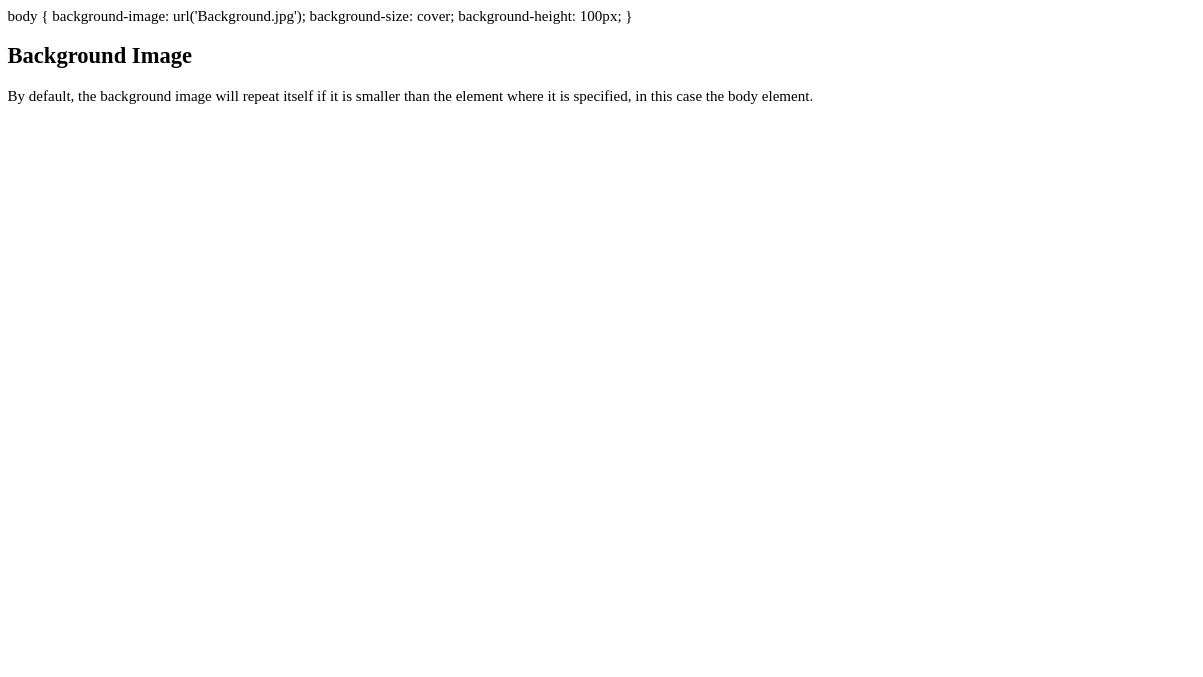
Repository: priyanka-bishnoi/PortfolioPage
Page: MyPage.html
These files come from the project's save history. The page is drawn as it stood at one moment and after the next save; the edit follows.
The browser window is 1280 px wide. The pictures show the whole page, at 94% of full size.

Above is the page before, as saved 2022-10-06 23:58:57.
Not found: css/style.css

After the next save:
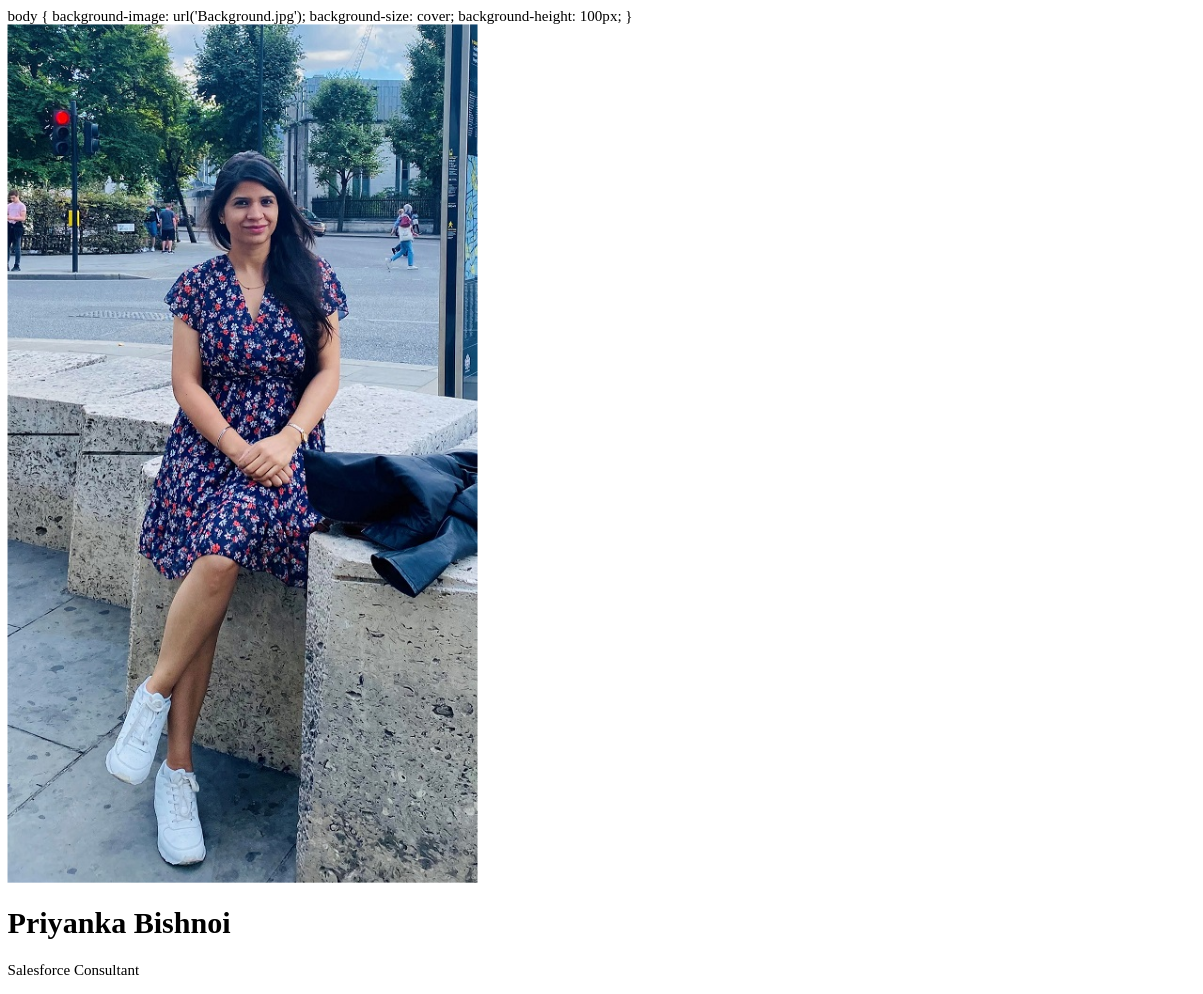
Saved 3 min 34 s later.
--- a/MyPage.html
+++ b/MyPage.html
@@ -11,10 +11,13 @@ body {
 </style>
 </head>
 <body>
+<header>
+    <div class= "user">
+        <img src="Background.jpg"/>
+        <h1 class="name">Priyanka Bishnoi</h1>
+        <p class="post">Salesforce Consultant</p>
+    </div>
 
-<h2>Background Image</h2>
-
-<p>By default, the background image will repeat itself if it is smaller than the element where it is specified, in this case the body element.</p>
-
+</header>
 </body>
 </html>
